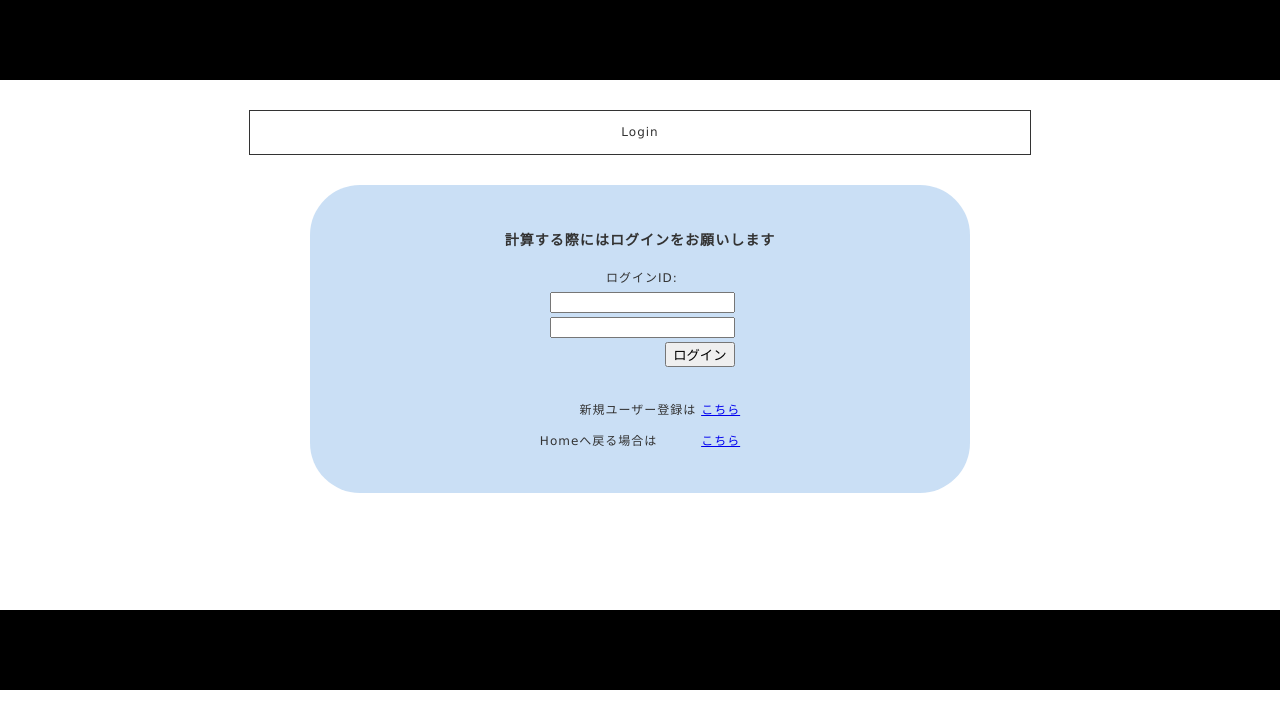
Repository: HattoriKotaro19920408/Keisanchan
Page: http://localhost/Keisanchan/HomeAction.action
These files come from the project's save history. The page is drawn as it stood at one moment and after the next save; the edit follows.
The browser window is 1280 px wide. The pictures show the whole page.
The page is served by Tomcat 9. Other server files are loaded and not shown.

Above is the page before, as saved 2018-08-29 04:09:24.

### Keisanchan/WebContent/login.jsp
<%@ page language="java" contentType="text/html; charset=UTF-8"
    pageEncoding="UTF-8"%>
<%@ taglib prefix="s" uri="/struts-tags" %>
<!DOCTYPE html PUBLIC "-//W3C//DTD HTML 4.01 Transitional//EN" "http://www.w3.org/TR/html4/loose.dtd">
<html>
<head>
<meta http-equiv="Content-Type" content="text/html; charset=utf-8" />
<meta http-equiv="Content-Style-Type" content="text/css" />
<meta http-equiv="Content-Script-Type" content="text/javascript" />
<meta http-equiv="imagetoolbar" content="no" />
<meta name="description" content="" />
<meta name="keywords" content="" />
<title>Login画面</title>
<style type="text/css">
    body{
      margin:0;
      padding:0;
      line-height:1.6;
      letter-spacing:1px;
      font-family:Verdana, Helvetica, sans-serif;
      font-size:12px;
      color:#333;
      background:#fff;
    }
    table{
      text-align:center;
      margin:0 auto;
    }
    #top{
      width:780px;
      margin:30px auto;
      border:1px solid #333;
    }
    #header{
      width:100%;
      height:80px;
      background-color:black;
    }
    #main{
      width:100%;
      height:500px;
      text-align:center;

    }
    #footer{
      width:100%;
      height:80px;
      background-color:black;
      clear:both;
    }
    #text-link{
      display:inline-block;
      text-align:right;
    }
    img.pic{
    }
    .sub{
    font-family=たぬき油性マジック;
      width: 600px;
	height: auto;
	margin:0 auto;
	padding: 30px;

	background-color: skyblue;
	border-radius: 50px;
	background: rgba(149, 192, 236, 0.5);
	text-align:center;
    }
    h3{
     font-family:油性たぬきマジック;
    }
</style>
</head>
<body>

   <div id="header">
       <div id="pr">
       </div>
   </div>
   <div id = "main">
       <div id="top">
          <p>Login</p>
       </div>
       <div class="sub">
        <h3>計算する際にはログインをお願いします</h3>
          <s:form action="LoginAction">
             <s:label value="ログインID:" /> <s:textfield name="loginUserId"/>
              <s:password name="loginPassword"/>
              <s:submit value="ログイン"/>
       </s:form>
<!--          <div class="keisan"> -->
<!-- 		              <img src=img/keisan.PNG class="pic"> -->
<!-- 	     </div> -->
       <br/>
       <div id="text-link">
          <p>新規ユーザー登録は
              <a href='<s:url action="CreateUserAction"/>'>こちら</a></p>
          <p>Homeへ戻る場合は
        　　　<a href='<s:url action="GoHomeAction"/>'>こちら</a></p>
       </div>
       </div>
   </div>
   <div id="footer">
       <div id="pr">
       </div>
   </div>




</body>
</html>

After the next save:
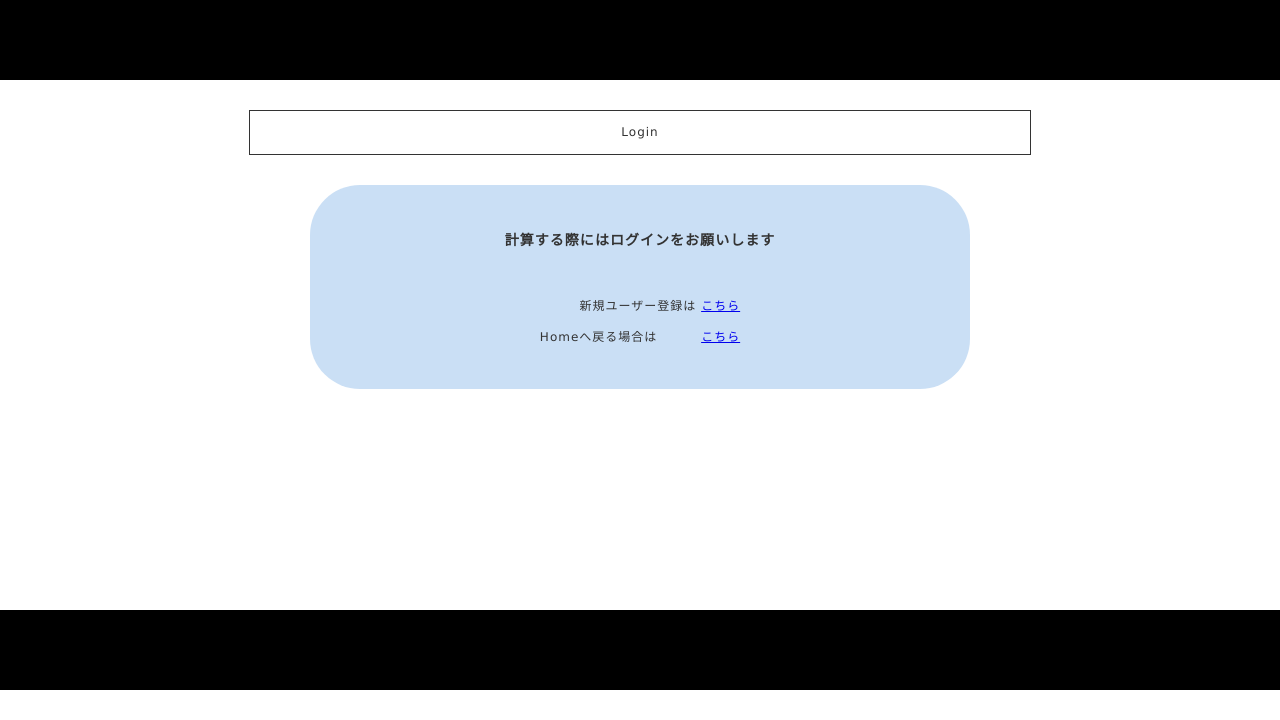
Saved 99 s later.
--- a/Keisanchan/WebContent/login.jsp
+++ b/Keisanchan/WebContent/login.jsp
@@ -83,11 +83,11 @@
        </div>
        <div class="sub">
         <h3>計算する際にはログインをお願いします</h3>
-          <s:form action="LoginAction">
-             <s:label value="ログインID:" /> <s:textfield name="loginUserId"/>
-              <s:password name="loginPassword"/>
-              <s:submit value="ログイン"/>
-       </s:form>
+<%--           <s:form action="LoginAction"> --%>
+<%--              <s:label value="ログインID:" /> <s:textfield name="loginUserId"/> --%>
+<%--               <s:password name="loginPassword"/> --%>
+<%--               <s:submit value="ログイン"/> --%>
+<%--        </s:form> --%>
 <!--          <div class="keisan"> -->
 <!-- 		              <img src=img/keisan.PNG class="pic"> -->
 <!-- 	     </div> -->
